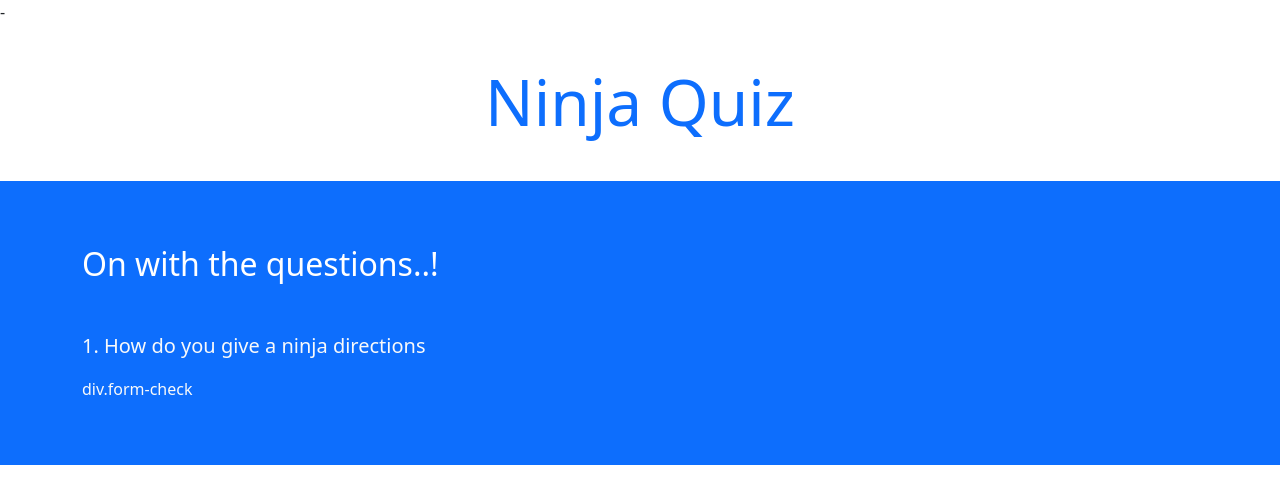
Repository: Programmer-RD-AI/Modern-JavaScript-Complete-guide-from-Novice-to-Ninja
Page: ninja_quiz/index.html
The author's editor kept a copy of each file at every save. The page is drawn from the files as they stood at one save, then again after the next save.
The browser window is 1280 px wide. The pictures show the whole page.

Above is the page before, as saved 2023-12-26 15:25:56.

### ninja_quiz/index.html
<html lang="en">
  <head>
    <meta charset="UTF-8" />
    -
    <meta name="viewport" content="width=device-width, initial-scale=1.0" />
    <link
      href="https://cdn.jsdelivr.net/npm/bootstrap@5.3.2/dist/css/bootstrap.min.css"
      rel="stylesheet"
      integrity="sha384-T3c6CoIi6uLrA9TneNEoa7RxnatzjcDSCmG1MXxSR1GAsXEV/Dwwykc2MPK8M2HN"
      crossorigin="anonymous"
    />
    <title>Ninja Quiz</title>
    <link rel="stylesheet" href="style.css" />
  </head>
  <body>
    <!-- introduction -->
    <div class="intro py-3 bg-white text-center">
      <div class="container">
        <h2 class="text-primary display-3 my-4">Ninja Quiz</h2>
      </div>
    </div>
    <!-- quiz section -->
    <div class="quiz py-3 bg-primary">
      <div class="container">
        <h2 class="my-5 text-white">On with the questions..!</h2>
        <form class="quiz-form text-light">
          <div class="my-5">
            <p class="lead font-weight-normal">1. How do you give a ninja directions</p>
            div.form-check
          </div>
        </form>
      </div>
    </div>
    <script src="app.js"></script>
  </body>
</html>

Loaded but not shown: ninja_quiz/app.js (no copy from this time; the picture is the same without it); ninja_quiz/style.css (no stored copy; drawn as an empty file)

After the next save:
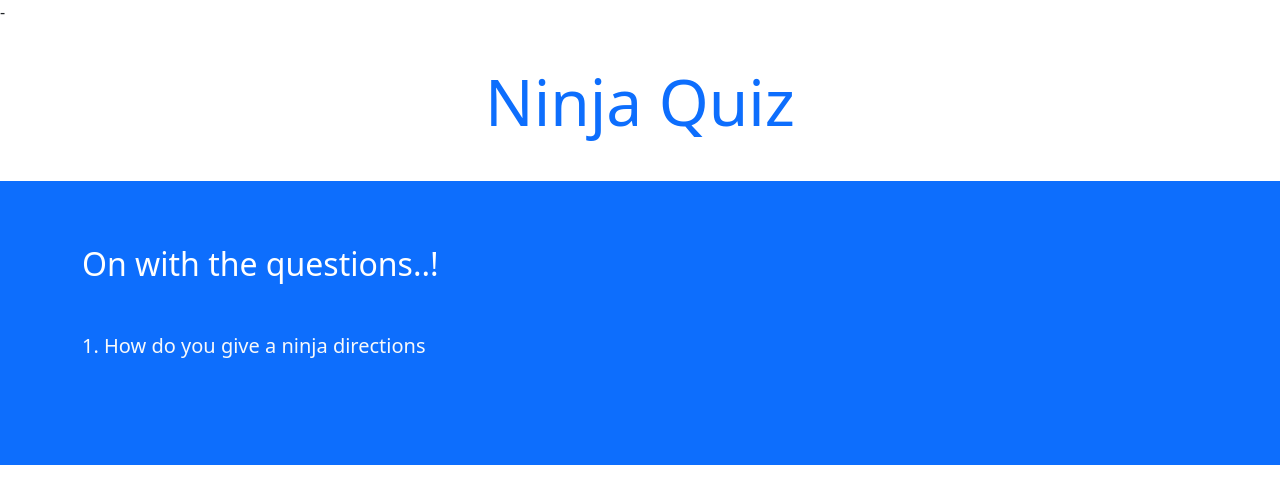
Saved 5 s later.
--- a/ninja_quiz/index.html
+++ b/ninja_quiz/index.html
@@ -26,7 +26,7 @@
         <form class="quiz-form text-light">
           <div class="my-5">
             <p class="lead font-weight-normal">1. How do you give a ninja directions</p>
-            div.form-check
+            <div class="form-check my-2"></div>
           </div>
         </form>
       </div>
